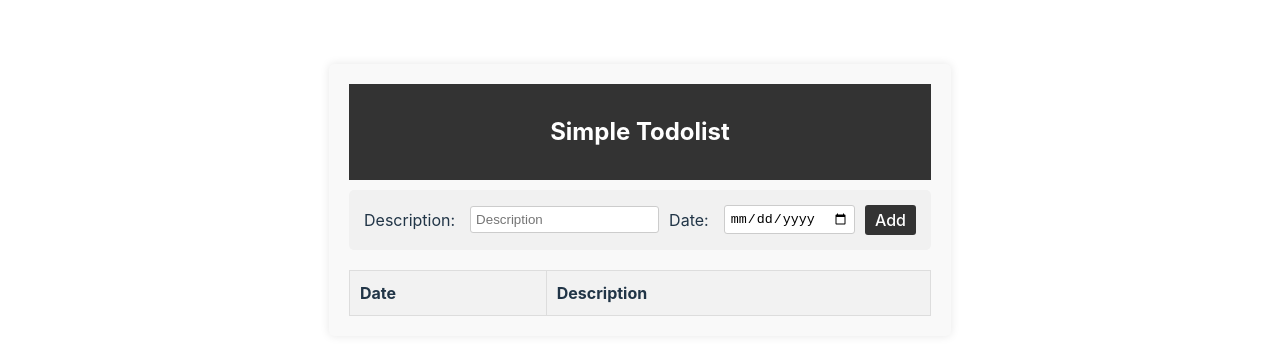
Repository: Aminul-Islam85/Todolist-with-delete
Page: /
The author's editor kept a copy of each file at every save. The page is drawn from the files as they stood at one save, then again after the next save.
The browser window is 1280 px wide. The pictures show the whole page.
The project was rebuilt for these pictures with package versions that can differ from the ones it lists, and the page was loaded fresh each time. Also part of the build but not shown: vite.config.js.

Above is the page before, as saved 2024-09-23 19:54:19.

### src/App.jsx
import './App.css';
import TodoList from './components/TodoList';

const App = () => {
    return (
        <div id="root">
            <TodoList />
        </div>
    );
};

export default App;

### src/index.css
:root {
  font-family: Inter, system-ui, Avenir, Helvetica, Arial, sans-serif;
  line-height: 1.5;
  font-weight: 400;

  color-scheme: light dark;
  color: rgba(255, 255, 255, 0.87);
  background-color: #242424;

  font-synthesis: none;
  text-rendering: optimizeLegibility;
  -webkit-font-smoothing: antialiased;
  -moz-osx-font-smoothing: grayscale;
}

a {
  font-weight: 500;
  color: #646cff;
  text-decoration: inherit;
}
a:hover {
  color: #535bf2;
}

body {
  margin: 0;
  display: flex;
  place-items: flex-start;
  min-width: 320px;
  min-height: 100vh;
}

h1 {
  font-size: 3.2em;
  line-height: 1.1;
}

button {
  border-radius: 8px;
  border: 1px solid transparent;
  padding: 0.6em 1.2em;
  font-size: 1em;
  font-weight: 500;
  font-family: inherit;
  background-color: #1a1a1a;
  cursor: pointer;
  transition: border-color 0.25s;
}
button:hover {
  border-color: #646cff;
}
button:focus,
button:focus-visible {
  outline: 4px auto -webkit-focus-ring-color;
}

@media (prefers-color-scheme: light) {
  :root {
    color: #213547;
    background-color: #ffffff;
  }
  a:hover {
    color: #747bff;
  }
  button {
    background-color: #f9f9f9;
  }
}

### src/App.css
#root {
  max-width: 1280px;
  margin: 0 auto;
  padding: 2rem;
  text-align: center;
}

.todo-container {
  background-color: #f9f9f9;
  padding: 20px;
  border-radius: 5px;
  box-shadow: 0px 0px 10px rgba(0, 0, 0, 0.1);
}

.header {
  background-color: #333;
  color: white;
  padding: 10px;
  margin-bottom: 10px;
}

.form-container {
  margin-bottom: 20px;
  background-color: #f1f1f1;
  padding: 15px;
  border-radius: 5px;
}

form {
  display: flex;
  align-items: center;
  justify-content: center;
  gap: 10px;
}

form label {
  margin-right: 5px;
}

form input {
  padding: 5px;
  border: 1px solid #ccc;
  border-radius: 3px;
}

form button {
  padding: 5px 10px;
  background-color: #333;
  color: white;
  border: none;
  cursor: pointer;
  border-radius: 3px;
}

form button:hover {
  background-color: #555;
}

.todo-table {
  width: 100%;
  border-collapse: collapse;
  margin-top: 20px;
}

.todo-table, th, td {
  border: 1px solid #ddd;
}

th, td {
  padding: 10px;
  text-align: left;
}

th {
  background-color: #f2f2f2;
}

### src/components/TodoList.jsx
import { useState } from 'react';
import TodoTable from './TodoTable';

const TodoList = () => {
    const [todo, setTodo] = useState({ description: "", duedate: "" });
    const [todos, setTodos] = useState([]);

    const handleAdd = () => {
        if (!todo.description || !todo.duedate) {
            alert("Type something in both fields");
            return;
        }

        setTodos([todo, ...todos]);
        setTodo({ description: "", duedate: "" });
    };

    const handleDelete = (row) => {
        setTodos(todos.filter((_, index) => row !== index));
    };

    return (
        <div className="todo-container">
            <div className="header">
                <h2>Simple Todolist</h2>
            </div>
            <div className="form-container">
                <form onSubmit={(e) => { e.preventDefault(); handleAdd(); }}>
                    <label htmlFor="description">Description:</label>
                    <input
                        type="text"
                        id="description"
                        placeholder='Description'
                        value={todo.description}
                        onChange={event => setTodo({ ...todo, description: event.target.value })}
                    />
                    <label htmlFor="duedate">Date:</label>
                    <input
                        type="date"
                        id="duedate"
                        placeholder='Date'
                        value={todo.duedate}
                        onChange={event => setTodo({ ...todo, duedate: event.target.value })}
                    />
                    <button type="submit">Add</button>
                </form>
            </div>
            <TodoTable todos={todos} handleDelete={handleDelete} />
        </div>
    );
};

export default TodoList;

### src/components/TodoTable.jsx
const TodoTable = (props) => {
    return (
        <table className="todo-table">
            <thead>
                <tr>
                    <th>Date</th>
                    <th>Description</th>
                </tr>
            </thead>
            <tbody>
                {
                    props.todos.map((todo, index) =>
                        <tr key={index}>
                            <td>{todo.duedate}</td>
                            <td>{todo.description}</td>
                        </tr>
                    )
                }
            </tbody>
        </table>
    );
};

export default TodoTable;

Loaded but not shown: index.html (common file); src/main.jsx (common file)

After the next save:
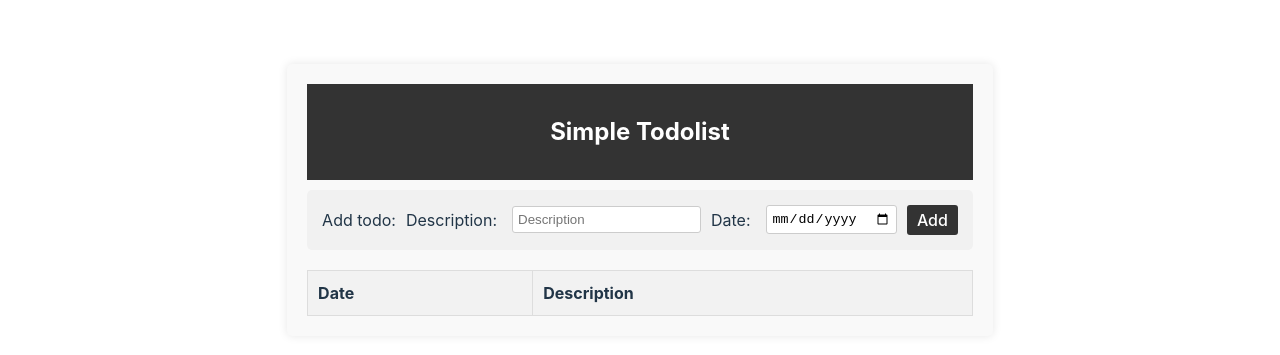
Saved 13 min 46 s later.
--- a/src/components/TodoList.jsx
+++ b/src/components/TodoList.jsx
@@ -26,6 +26,7 @@ const TodoList = () => {
             </div>
             <div className="form-container">
                 <form onSubmit={(e) => { e.preventDefault(); handleAdd(); }}>
+                    <span className="add-todo-label">Add todo:</span>
                     <label htmlFor="description">Description:</label>
                     <input
                         type="text"
